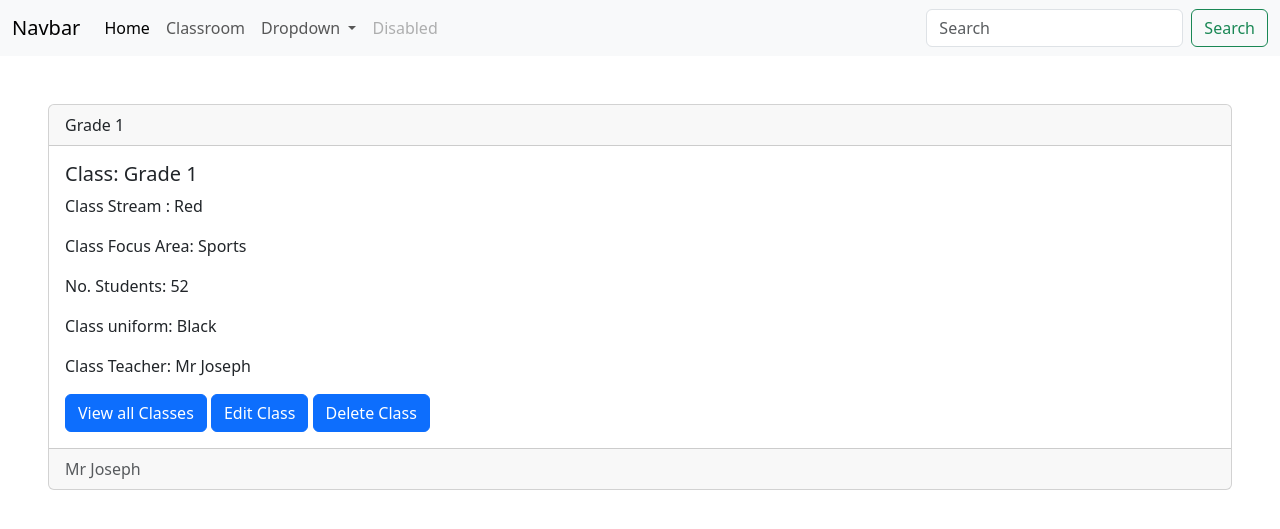
Repository: Mbote-Joseph/Django-Recap
Page: http://localhost/classroom1
The author's editor kept a copy of each file at every save. The page is drawn from the files as they stood at one save, then again after the next save.
The browser window is 1280 px wide. The pictures show the whole page.
The page is served by the project's application, run on Django 5.2 (manage.py). The page reads the database file committed with the project.

Above is the page before, as saved 2025-12-15 20:28:44.

After the next save:
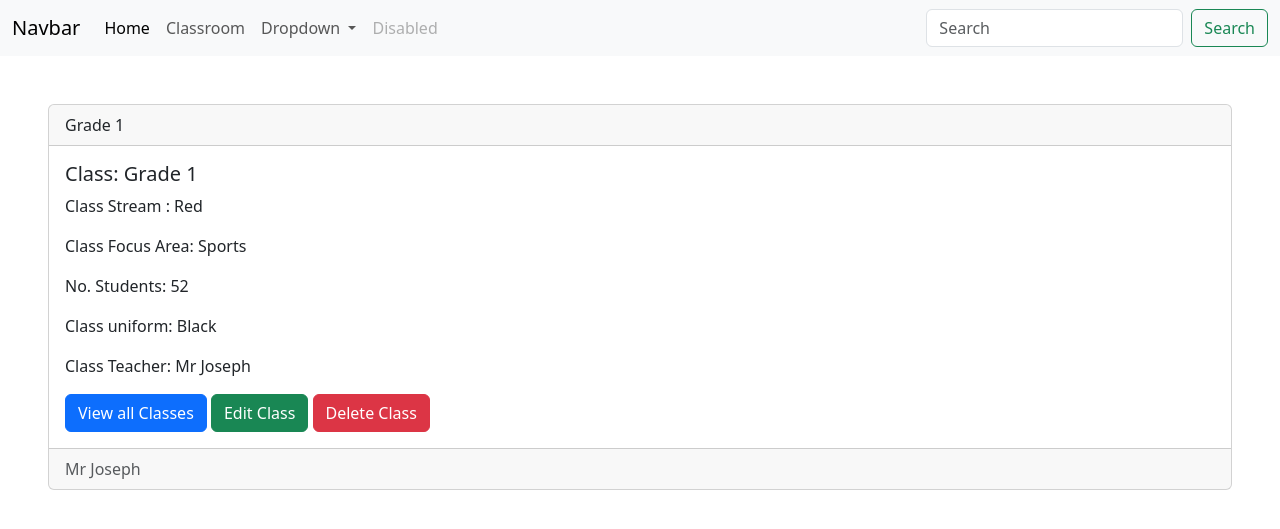
Saved 30 s later.
--- a/school/classroom/templates/classroom/classroomdetails.html
+++ b/school/classroom/templates/classroom/classroomdetails.html
@@ -15,8 +15,8 @@
     <p class="card-text">Class Teacher: {{ classroom.classteacher }}</p>
 
     <a href="{% url 'classroom' %}" class="btn btn-primary">View all Classes</a>
-    <a href="{% url 'classroom' %}" class="btn btn-primary">Edit Class</a>
-    <a href="{% url 'classroom' %}" class="btn btn-primary"> Delete Class</a>
+    <a href="{% url 'classroom' %}" class="btn btn-success">Edit Class</a>
+    <a href="{% url 'classroom' %}" class="btn btn-danger"> Delete Class</a>
   </div>
   <div class="card-footer text-body-secondary">
     {{ classroom.classteacher }}
